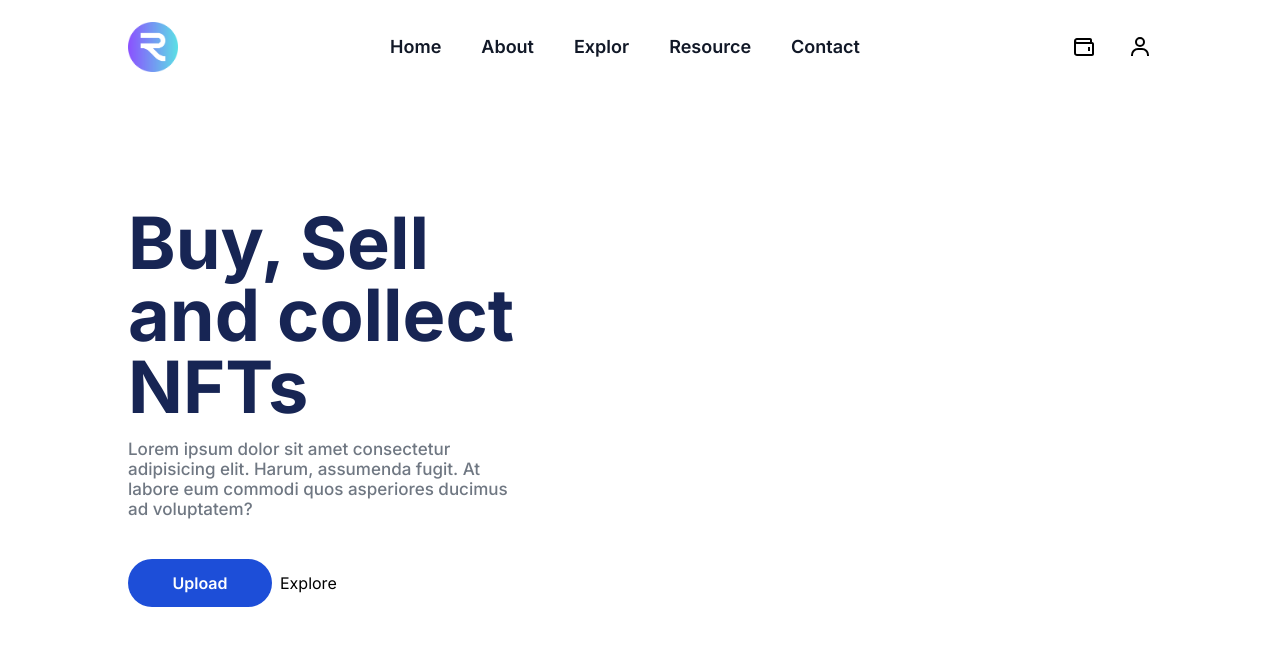
Repository: longblue2910/rimdasilva-ui
Page: /
An editor plug-in stored every save of this project. The page is shown before and after the next save, followed by the edit.
The browser window is 1280 px wide. The pictures show the whole page.
The project was rebuilt for these pictures with package versions that can differ from the ones it lists, and the page was loaded fresh each time. The framework's server and built-in components were replaced by stand-ins that run in the browser. Also part of the build but not shown: next.config.mjs.

Above is the page before, as saved 2024-08-09 17:10:40.

### app/layout.tsx
import type { Metadata } from "next";
import { Inter } from "next/font/google";
import "./globals.css";
import ReponsiveNav from "@/components/Home/Navbar/ReponsiveNav";

const inter = Inter({ subsets: ["vietnamese"] });

export const metadata: Metadata = {
  title: "Rimdasilva Dev Blog",
  description: "Rimdasilva Dev Blog",
};

export default function RootLayout({
  children,
}: Readonly<{
  children: React.ReactNode;
}>) {
  return (
    <html lang="en">
      <body className={inter.className}>
        <ReponsiveNav />
        {children}
      </body>
    </html>
  );
}

### app/page.tsx
import Home from "@/components/Home/Home";

const HomePage = () => {
  return (
    <div>
      <Home />
    </div>
  );
};

export default HomePage;

### components/Home/Navbar/ReponsiveNav.tsx
"use client";

import React, { useState } from "react";
import Nav from "./Nav";
import MobileNav from "./MobileNav";

const ReponsiveNav = () => {
  const [showNav, setShowNav] = useState(false);
  const showNavHandler = () => setShowNav(true);
  const closeNavHandler = () => setShowNav(false);

  return (
    <>
      <Nav openNav={showNavHandler} />
      <MobileNav nav={showNav} closeNav={closeNavHandler} />
    </>
  );
};

export default ReponsiveNav;

### components/Home/Home.tsx
import React from "react";
import Hero from "./Hero/Hero";

const Home = () => {
  return (
    <div>
      <Hero />
    </div>
  );
};

export default Home;

### components/Home/Navbar/Nav.tsx
import { navLinks } from "@/constant/Constant";
import Image from "next/image";
import Link from "next/link";
import React from "react";
import { BiUser, BiWallet } from "react-icons/bi";
import { FaBars } from "react-icons/fa";

type Props = {
  openNav: () => void;
};

const Nav = ({ openNav }: Props) => {
  return (
    <div className="w-full h-[13vh]">
      <div className="w-[95%] sm:w-[85%] md:w-[80%] h-full mx-auto flex items-center justify-between">
        {/* Logo */}
        <Image
          src="/images/logo.png"
          alt="Logo"
          width={50}
          objectFit="cover"
          height={50}
        />

        {/* Nav Links */}
        <div className="lg:flex hidden items-center space-x-10">
          {navLinks.map((link) => {
            return (
              <Link href={link.url} key={link.id}>
                <p className="text-lg font-semibold cursor-pointer hover:text-blue-800 transition-all duration-200 text-gray-900">
                  {link.label}
                </p>
              </Link>
            );
          })}
        </div>

        {/* Icons */}
        <div className="flex items-center space-x-8">
          <BiWallet className="w-6 h-6 cursor-pointer hover:text-red-600 " />
          <BiUser className="w-6 h-6 cursor-pointer hover:text-red-600 " />
          <FaBars
            onClick={openNav}
            className="lg:hidden w-6 h-6 cursor-pointer hover:text-red-600 "
          />
        </div>
      </div>
    </div>
  );
};

export default Nav;

### components/Home/Navbar/MobileNav.tsx
import { navLinks } from "@/constant/Constant";
import Image from "next/image";
import Link from "next/link";
import React from "react";
import { BiX } from "react-icons/bi";

type Props = {
  nav: boolean;
  closeNav: () => void;
};

const MobileNav = ({ closeNav, nav }: Props) => {
  const reponsiveNav = nav ? "translate-x-0" : "translate-x-[-100%]";

  return (
    <div
      className={`transform ${reponsiveNav} transition-all duration-500 fixed top-0 left-0 z-[200] h-[100vh] right-0 bottom-0 bg-[#f3ff6b]`}
    >
      {/* Logo */}
      <div>
        <BiX
          onClick={closeNav}
          className="w-8 h-8 absolute top-[2rem] text-black z-[202] right-[2rem]"
        />
      </div>
      {/* Nav Links */}
      <div className="relative z-[201] space-y-12 flex flex-col items-center justify-center h-[60%]">
        {navLinks.map((link) => {
          return (
            <Link href={link.url} key={link.id}>
              <p className="text-2xl font-semibold cursor-pointer hover:text-blue-800 transition-all duration-200 text-gray-900">
                {link.label}
              </p>
            </Link>
          );
        })}
      </div>
    </div>
  );
};

export default MobileNav;

### components/Home/Hero/Hero.tsx
import React from "react";

const Hero = () => {
  return (
    <div className="h-[calc(100vh-13vh)] w-full flex justify-center flex-col">
      <div className="w-4/5 mx-auto items-center grid grid-cols-1 lg:grid-cols-5 gap-8">
        {/* Text content */}
        <div className="col-span-2">
          <h1 className="text-2xl sm:text-4xl lg:text-5xl xl:text-7xl text-blue-950 font-bold">
            Buy, Sell and collect NFTs
          </h1>
          <p className="text-sm md:text-[17px] text-gray-600 text-opacity-80 mt-4 font-medium">
            Lorem ipsum dolor sit amet consectetur adipisicing elit. Harum,
            assumenda fugit. At labore eum commodi quos asperiores ducimus ad
            voluptatem?
          </p>
          <div className="flex items-center space-x-2 mt-10">
            <button className="w-36 rounded-full py-3 px-8 text-center bg-blue-700 font-semibold text-white transition-all hover:bg-blue-600">
              Upload
            </button>
            <button>Explore</button>
          </div>
        </div>
        {/* Image */}
      </div>
    </div>
  );
};

export default Hero;

### constant/Constant.ts
export const navLinks = [
  {
    id: 1,
    url: "#",
    label: "Home",
  },
  {
    id: 2,
    url: "#",
    label: "About",
  },
  {
    id: 3,
    url: "#",
    label: "Explor",
  },
  {
    id: 4,
    url: "#",
    label: "Resource",
  },
  {
    id: 5,
    url: "#",
    label: "Contact",
  },
];

Loaded but not shown: app/globals.css (common file); tailwind.config.ts (common file)

After the next save:
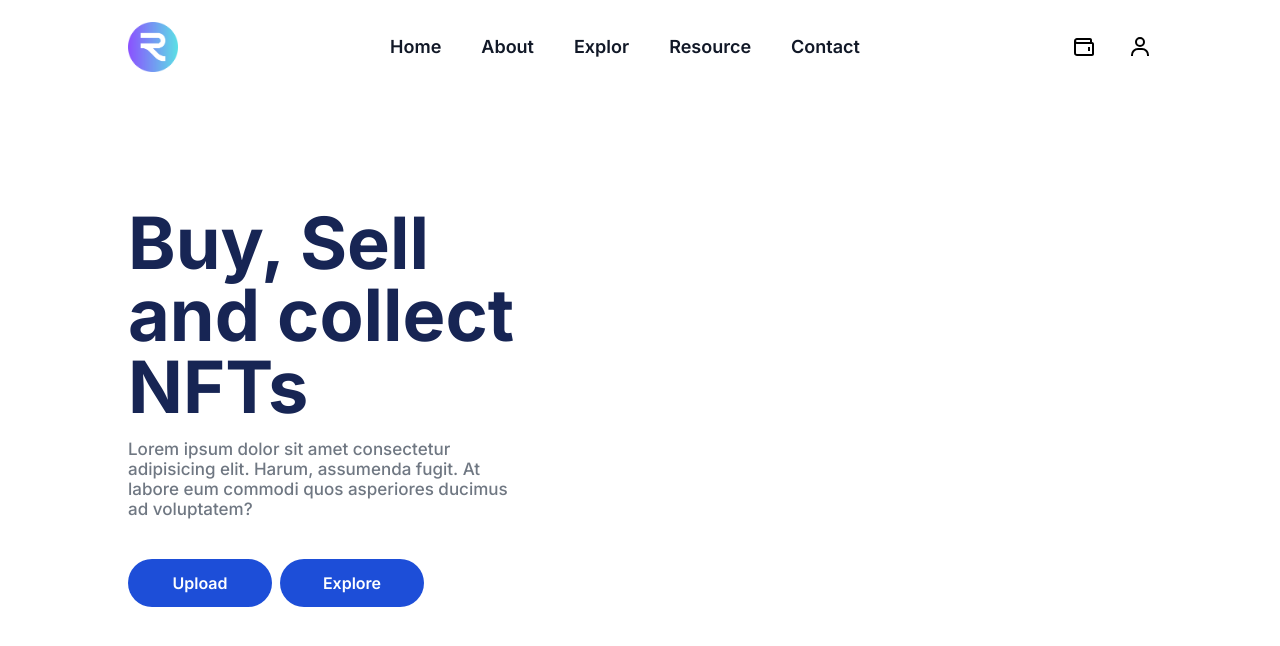
Saved 2 min 26 s later.
--- a/components/Home/Hero/Hero.tsx
+++ b/components/Home/Hero/Hero.tsx
@@ -18,7 +18,9 @@ const Hero = () => {
             <button className="w-36 rounded-full py-3 px-8 text-center bg-blue-700 font-semibold text-white transition-all hover:bg-blue-600">
               Upload
             </button>
-            <button>Explore</button>
+            <button className="w-36 rounded-full py-3 px-8 text-center bg-blue-700 font-semibold text-white transition-all hover:bg-blue-600">
+              Explore
+            </button>
           </div>
         </div>
         {/* Image */}
